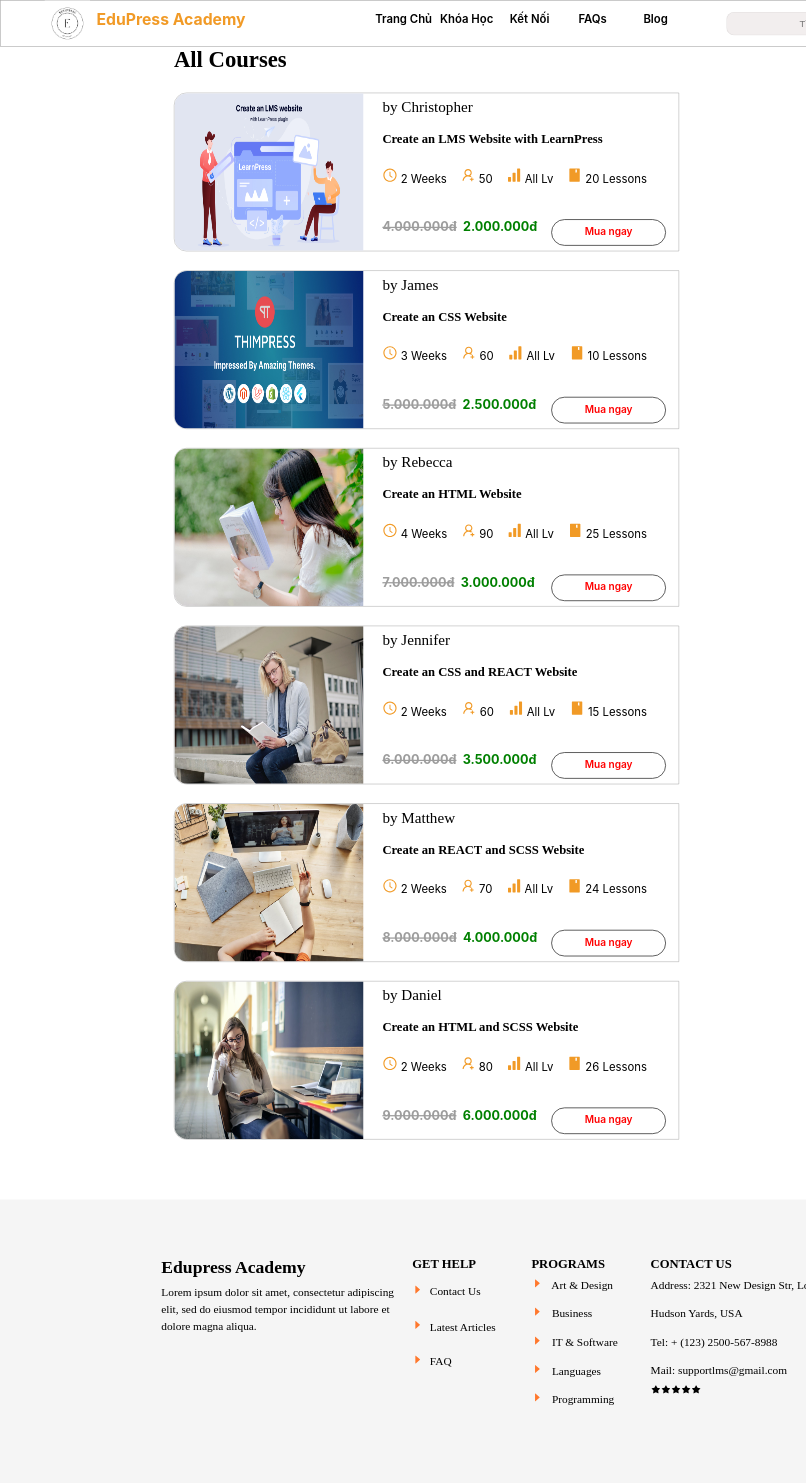
Repository: hieu1802/WebsiteEdupress
Page: /CouresPage (app in my-app/Fontend/)
These files come from the project's save history. The page is drawn as it stood at one moment and after the next save; the edit follows.
The browser window is 1280 px wide. The pictures show the whole page, at 63% of full size.
The page's requests for data from a server got no answer. The project was rebuilt for these pictures with package versions that can differ from the ones it lists, and the page was loaded fresh each time. No one was signed in, and anything a server would have sent is missing. Also part of the build but not shown: my-app/Fontend/src/App.css, my-app/Fontend/src/Components/data/topCategories.jsx, my-app/Fontend/src/Components/HomePage/ContainerPage.jsx, my-app/Fontend/src/Components/HomePage/HomePage.jsx, my-app/Fontend/src/Components/Login/Login.css, my-app/Fontend/src/Components/Modal/Modal.css, my-app/Fontend/src/Components/Modal/Modal.jsx, my-app/Fontend/src/Components/Login/Login.jsx and 40 more.

Above is the page before, as saved 2024-10-20 00:51:25.

### my-app/Fontend/src/App.jsx
import logo from "./logo.svg";
import "./App.css";
import HomePage from "./Components/HomePage/HomePage.jsx";
import { BrowserRouter as Router, Routes, Route } from "react-router-dom";
import Login from "./Components/Login/Login";
import Register from "./Components/Register/Register";
import AdminPage from "./Components/AdminPage/AdminPage";
import LostPass from "./Components/LostPass/LostPass";
import CouresPage from "./Components/CouresPage/CouresPage.jsx";
import BlogPage from "./Components/BlogPage/BlogPage.jsx";
import ProtectedRoute from "./Components/ProtectedRoute.jsx";
import InfoCustomer from "./Components/InfoCustomer/InfoCustomer.jsx";
import CourseDetail from "./Course-detail/Coursedetail.js";
import DeleteAccount from "./Components/DeleteAccount/DeleteAccount.jsx";
import ContactPage from "./Components/ContactPage/ContactPage.jsx";
import FAQs from "./Components/FAQs/FAQs.jsx";

function App() {
  return (
    <>
      <Router>
        <Routes>
          <Route path="/" element={<HomePage />} />
          <Route path="/login" element={<Login />} />
          <Route path="/register" element={<Register />} />
          <Route
            path="/admin"
            element={<ProtectedRoute component={AdminPage} />}
          />
          <Route path="/lostPass" element={<LostPass />} />
          <Route path="/CouresPage" element={<CouresPage />} />
          <Route path="/info-customer" element={<InfoCustomer />} />
          <Route path="/BlogPage" element={<BlogPage />} />
          <Route path="/Coursedetail" element={<CourseDetail />} />
          <Route path="/Coursedetail/:id" element={<CourseDetail />} />
          <Route path="/delete-account" element={<DeleteAccount />} />
          <Route path="/ContactPage" element={<ContactPage />} />
          <Route path="/FAQsPage" element={<FAQs />} />
        </Routes>
      </Router>
    </>
  );
}

export default App;

### my-app/Fontend/src/Components/CouresPage/CouresPage.jsx
import React from 'react'
import Header from '../HomePage/Header'
import Footer from '../HomePage/Footer'
import Container from './Container'

function CouresPage() {
  return (
   <>
      <Header/>
      <Container/>
      <Footer/>
   </>


  )
}

export default CouresPage

### my-app/Fontend/src/Components/HomePage/Header.jsx
import React from "react";
import img01 from "../img/EduPress.png";

import "./HomePage.css";
import { IoIosSearch } from "react-icons/io";
import { Link, useNavigate } from "react-router-dom";
import { useState, useEffect } from "react";
import { topCourses } from "../data/FeaturedCoursesDaa";

function Header({ courses }) {
  const [loggedInUser, setLoggedInUser] = useState(null);
  const [searchQuery, setSearchQuery] = useState("");
  const [searchResults, setSearchResults] = useState([]);

  const navigate = useNavigate();

  useEffect(() => {
    const storedUser = localStorage.getItem("loggedInUser");
    if (storedUser) {
      const user = JSON.parse(storedUser);
      setLoggedInUser(user.username);
    }
  }, []);

  const handleLogout = () => {
    localStorage.removeItem("username");
    localStorage.removeItem("loggedInUser");
    setLoggedInUser(null);
    navigate("/");
  };

  const handleSearch = (e) => {
    const query = e.target.value;
    setSearchQuery(query);
    if (query) {
      const results = topCourses.filter((course) => {
        if (course && course.courseName && course.author) {
          return (
            course.courseName.toLowerCase().includes(query.toLowerCase()) ||
            course.author.toLowerCase().includes(query.toLowerCase())
          );
        }
        return false;
      });
      setSearchResults(results);
    } else {
      setSearchResults([]);
    }
  };

  return (
    <>
      <div className="Header">
        <div className="logoHeader">
          <img src={img01} />
          <h3>EduPress Academy</h3>
        </div>
        <ul>
          <Link to="/" className="liLink">
            <li>Trang Chủ</li>
          </Link>
          <Link to="/CouresPage" className="liLink">
            <li>Khóa Học</li>
          </Link>
          <Link to="/ContactPage" className="liLink">
            <li>Kết Nối</li>
          </Link>
          <Link to="/FAQsPage" className="liLink">
            <li>FAQs</li>
          </Link>
          <Link to="/BlogPage" className="liLink">
            <li>Blog</li>
          </Link>
        </ul>
        <div className="ulInput">
          <input
            placeholder="Tìm Kiếm ..."
            value={searchQuery}
            onChange={handleSearch}
          />
          <div className="btnHeader">
            <IoIosSearch className="btnIcon" />
          </div>
          {searchResults.length > 0 && (
            <div className="searchResults">
              {searchResults.map((course) => (
                <div
                  key={course.id}
                  className="searchResultItem"
                  onClick={() =>
                    navigate(`/Coursedetail/${course.id}`, {
                      state: { course },
                    })
                  }
                >
                  {course.courseName} | {course.author}
                </div>
              ))}
            </div>
          )}
        </div>
        <div className="loginHeader">
          {loggedInUser ? (
            <div className="boxLogin">
              <span>
                Hello <Link to="/info-customer">{loggedInUser}</Link>
              </span>
              <button
                className="btnLogOut"
                onClick={handleLogout}
                style={{
                  marginLeft: "10px",
                  border: "1px solid transparent",
                  fontSize: "16px",
                  fontWeight: "600",
                  backgroundColor: "transparent",
                  cursor: "pointer",
                  color: "#000",
                }}
              >
                Logout
              </button>
            </div>
          ) : (
            <div>
              <Link to="/login">
                <span>Đăng Nhập</span>
              </Link>
              /
              <Link to="/register">
                <span>Đăng ký</span>
              </Link>
            </div>
          )}
        </div>
      </div>
    </>
  );
}

export default Header;

### my-app/Fontend/src/Components/HomePage/Footer.jsx
import React from 'react'
import { AiFillStar,AiFillCaretRight } from "react-icons/ai";

function Footer() {
  return (
    <div className='footerPage'>
        <div className='footerContaier'>
            <div className='footerEdupress'>
                <h2>Edupress Academy</h2>
                <p>Lorem ipsum dolor sit amet, consectetur adipiscing elit, sed do eiusmod tempor incididunt ut labore et dolore magna aliqua.</p>
            </div>
            <div className='footerHelp'>
                <h2>GET HELP</h2>
                <a href='#'><AiFillCaretRight  style={{color:'FF782D', marginRight:'10px'}}/>Contact Us</a>
                <a href='#'><AiFillCaretRight  style={{color:'FF782D', marginRight:'10px'}}/>Latest Articles</a>
                <a href='#'><AiFillCaretRight  style={{color:'FF782D', marginRight:'10px'}}/>FAQ </a>
            </div>
            <div className='footerPrograms'>
                <h2>PROGRAMS</h2>
                <a href='#'><AiFillCaretRight  style={{color:'FF782D', marginRight:'10px'}}/> Art & Design</a>
                <a href='#'><AiFillCaretRight  style={{color:'FF782D', marginRight:'10px'}}/> Business</a>
                <a href='#'><AiFillCaretRight  style={{color:'FF782D', marginRight:'10px'}}/> IT & Software </a>
                <a href='#'><AiFillCaretRight  style={{color:'FF782D', marginRight:'10px'}}/> Languages </a>
                <a href='#'><AiFillCaretRight  style={{color:'FF782D', marginRight:'10px'}}/> Programming </a>
            </div>
            <div className='footerContact'>
                <h2>CONTACT US</h2>
                <p>Address: 2321 New Design Str, Lorem Ipsum10 Hudson Yards, USA</p>
                <p>Tel: + (123) 2500-567-8988<br/>
                Mail: supportlms@gmail.com</p>
                <span><AiFillStar/><AiFillStar/><AiFillStar/><AiFillStar/><AiFillStar/></span>
            </div>
        </div>
    </div>
  )
}

export default Footer

### my-app/Fontend/src/Components/CouresPage/Container.jsx
import React from 'react'
import './Container.css'
import img12 from '../img/img12.png'
import {
    AiFillSignal,
    AiOutlineUserAdd,
    AiOutlineClockCircle,
    AiFillBook
} from "react-icons/ai";
import { topCourses } from "../data/FeaturedCoursesDaa";
import { Link } from 'react-router-dom';


function Container() {

    return (
        <div className='container'>
            <div className='boxProduct'>
                <h2>All Courses</h2>
                {topCourses.map((items) => (
                    <div className='boxContent' id={items.id}>
                        <div className='boxImg'>
                            <img src={items.img} />
                        </div>
                        <div className='boxTexT'>
                            <div className='text'>
                                <h4>by <span>{items.author}</span></h4>
                                <h5>{items.courseName}</h5>
                                <div className='iconsValue'>
                                    <span><AiOutlineClockCircle className='icons' /> {items.time} Weeks</span>
                                    <span><AiOutlineUserAdd className='icons' /> {items.student}</span>
                                    <span><AiFillSignal className='icons' /> All Lv</span>
                                    <span><AiFillBook className='icons' /> {items.lessons} Lessons</span>

                                </div>
                            </div>
                            <div className='boxPrice'>
                                <div className='priceBox'>
                                    <p>{items.price}</p>
                                    <span>{items.sale}</span>
                                </div>
                                <Link to={`/Coursedetail/${items.id}`} state={{ course: items }} className='btnClick'>
                                    <p>Mua ngay</p>
                                </Link>
                            </div>
                        </div>
                    </div>
                ))}

            </div>
        </div>
    )
}

export default Container

### my-app/Fontend/src/Components/BlogPage/BlogPage.css
*{
    margin: 0;
    padding: 0;
}

.blogContainer{
    width: 1175px;
    height: 950px;
    margin-left: 20%;
    display: flex;
    margin-top: 30px;
}

.blogMain{
    width: 900px;
    height: 100%;
}

.blogTitle{
    width: 100%;
    height: 80px;
}

.blogTitle > h1{
    font-family: Exo;
    font-size: 36px;
    font-weight: 600;
    line-height: 43.2px;
    text-align: left;
    color: #000;
}

.blogDetail{
    width: 100%;
    height: 850px;
}

.blogImg{
    width: 100%;
    height: 500px;
}

.blogContent{
    width: 100%;
    height: 250px;
    margin-top: 15px;
    margin-bottom: 15px;
}

.blogContent > p{
    font-family: Jost;
    font-size: 18px;
    font-weight: 400;
    line-height: 27px;
    text-align: left;
}

.blogTag{
    width: 100%;
    height: 40px;
    display: flex;
}

.boxTags{
    width: 100px;
    height: 30px;
    border: 1px solid #000;
    text-align: center;
    padding-top: 5px;
    font-size: 16px;
    font-weight: 500;
    margin-right: 10px;
}

.blogSideBar{
    width: 275px;
    height: 800px;
    border: 1px solid #0000003d;
}

.category{
    width: 90%;
    height: 250px;
    margin-left: 10px;
}

.categoryNav{
    display: flex;
    justify-content: space-between;
    margin-bottom: 10px;
}

.buttonAdd{
   font-size: 18px;
   color: red;
   cursor: pointer;
}

.content{
    width: 900px;
    height: 500px;
    position: absolute;
    background-color: rgba(0, 0, 0, 0.9);
    top: 100px;
    left:auto;
    color: aliceblue;
}

.title{
    margin-left: 50px;
}

.formInput{
    width: 50% !important;
    height: 30px !important;
    margin-left:25px !important ;
    margin-bottom: 30px !important;
}

.textInput{
    width: 50%;
    height: 200px;
    margin-left: 10px;
}

.imgInput{
    margin-left: 15px;
    margin-top: 30px;
    margin-bottom: 30px;
}
.category > h4{
    font-family: Exo;
    font-size: 20px;
    font-weight: 600;
    line-height: 24px;
    text-align: left;
    margin-bottom: 20px;
}

.cateBox{
    width: 100%;
    height: 30px;
    display: flex;
    justify-content: space-between;

}

.boxRecent{
    width: 90%;
    height: 350px;
    margin-left: 10px;
}

.boxRecent > h4{
    font-family: Exo;
    font-size: 20px;
    font-weight: 600;
    line-height: 24px;
    text-align: left;
}

.articles{
    width: 100%;
    height: 90px;
    display: flex;
    margin: 0;
    margin-top: 15px;
    cursor: pointer;
}

.articlesImg{
    width: 40%;
    height: 100%;
}

.articlesImg > img{
    width: 100%;
    height: 100%;
}

.articlesContents{
    width: 60%;
    height: 90px;

}

.articlesContents > p{
    font-family: Jost;
    font-size: 16px;
    font-weight: 500;
    line-height: 24px;
    text-align: left;
    margin-left: 5px;
    margin-top: 5px;
}

.tags{
    width: 90%;
    height: 150px;
    margin-left: 10px;
    margin-top: 10px;
}

.tags > h4{
    font-family: Exo;
    font-size: 20px;
    font-weight: 600;
    line-height: 24px;
    text-align: left;
    margin-bottom: 10px;
}

.hastag{
    width: 100%;
    height: 100px;
    display: grid;
    grid-template-columns: 1fr 1fr;
}

### my-app/Fontend/src/Components/ContactPage/Contact.css
*{
    margin: 0;
    padding: 0;
}

.contactContainer{
    width: 1175px;
    height: 900px;
    margin-left: 20%;
    margin-top: 30px;
}

.contactBox{
    width: 100%;
    height: 450px;
    display: flex;
}

.contactInf{
    width: 400px;
    height: 300px;
}
.contactInf > h1{
    font-family: Exo;
    font-size: 36px;
    font-weight: 600;
    line-height: 43.2px;
    text-align: left;
    color: #000;
}

.info{
    width: 100%;
    height: 200px;
    margin-top: 30px;
}

.info > p{
    font-family: Jost;
    font-size: 18px;
    font-weight: 400;
    line-height: 27px;
    text-align: left;
}

.infoPhone{
    width: 250px;
    height: 50px;
    margin-top: 15px;
    display: flex;
}

.iconsInfo{
    width: 60px;
    height: 50px;
}

.iconsInfo > img{
    width: 100%;
    height: 100%;
}

.textInfo{
    width: 180px;
    height: 50px;
    margin-left: 10px;
    display: flex;
    flex-direction: column;
    justify-content: space-between;
}

.contactMap{
    width: 700px;
    height: 450px;
    margin-left: 30px;
    border-radius: 20px;
}

.contactMap > img{
    width: 100%;
    height: 100%;
    border-radius: 20px;
}

.contactUs{
    width: 100%;
    height: 400px;
    margin-top: 150px;
}

### my-app/Fontend/src/Components/FAQs/FAQs.css
*{
    padding: 0;
    margin: 0;
}

.ContainerFAQs{
    width: 1175px;
    height: 600px;
    margin-left: 20%;
    margin-top: 30px;
}

.ContainerFAQs > p{
    font-size: 16px;
    margin-top: 10px;
    margin-bottom: 10px;

}

.ContainerFAQs > img {
    width: 100%;
    height: 100%;
}

### my-app/Fontend/src/Components/data/FeaturedCoursesDaa.jsx
import img04 from "../img/img04.png";
import img05 from "../img/img05.png";
import img06 from "../img/img06.png";
import img07 from "../img/img07.png";
import img08 from "../img/img08.png";
import img09 from "../img/img09.png";

const topCourses = [
  {
    id: 1,
    img: img04,
    time: '2',
    student: '50',
    price: '4.000.000đ',
    sale: '2.000.000đ',
    lessons: '20',
    author: 'Christopher',
    courseName: 'Create an LMS Website with LearnPress'

  },
  {
    id: 2,
    img: img05,
    time: '3',
    student: '60',
    price: '5.000.000đ',
    sale: '2.500.000đ',
    lessons: '10',
    author: 'James',
    courseName: 'Create an CSS Website '
  },
  {
    id: 3,
    img: img06,
    time: '4',
    student: '90',
    price: '7.000.000đ',
    sale: '3.000.000đ',
    lessons: '25',
    author: 'Rebecca',
    courseName: 'Create an HTML Website '
  },
  {
    id: 4,
    img: img07,
    time: '2',
    student: '60',
    price: '6.000.000đ',
    sale: '3.500.000đ',
    lessons: '15',
    author: 'Jennifer',
    courseName: 'Create an CSS and REACT Website '
  },
  {
    id: 5,
    img: img08,
    time: '2',
    student: '70',
    price: '8.000.000đ',
    sale: '4.000.000đ',
    lessons: '24',
    author: 'Matthew',
    courseName: 'Create an REACT and SCSS Website '
  },
  {
    id: 6,
    img: img09,
    time: '2',
    student: '80',
    price: '9.000.000đ',
    sale: '6.000.000đ',
    lessons: '26',
    author: 'Daniel',
    courseName: 'Create an HTML and SCSS Website '
  },
];

export { topCourses }

### my-app/Fontend/src/Components/CouresPage/Container.css
*{
    margin: 0;
    padding: 0;
}

.container{
    width: 1175px;
    height: 1800px;
    margin-left: 20%;
    display: flex;
}

.boxProduct{
    width: 880px;
    height: 100%;
    padding-left:20px;
}

.boxProduct > h2{
    font-family: Exo;
    font-size: 36px;
    font-weight: 600;
    line-height: 43.2px;
    text-align: left;
}

.boxContent{
    width: 800px;
    height: 250px;
    margin-top: 30px;
    display: flex;
    border-radius: 20px 0 0 20px;
    border: 1px solid #00000048;
}

.boxImg{
    width: 300px;
    height: 100%;
}
.boxImg > img{
    width: 100%;
    height: 100%;
    border-radius: 20px 0 0 20px;
}

.boxTexT{
    width: 500px;
    height: 100%;
}

.text{
    width: 420px;
    height: 150px;
    display: flex;
    margin-left: 30px;
    flex-direction: column;
    justify-content: space-between;
}

.text > h4{
    margin-top: 10px;
    font-family: Jost;
    font-size: 24px;
    font-weight: 400;
    line-height: 24px;
    text-align: left;
}

.text > h5{
    font-family: Exo;
    font-size: 20px;
    font-weight: 600;
    line-height: 24px;
    text-align: left;
}

.iconsValue{
    width: 100%;
    height: 40px;
    display: flex;
    justify-content: space-between;
}

.icons{
    color: rgba(241, 152, 34, 0.979);
    font-size: 24px;
    margin-top: 8px;
}
.iconsValue> span{
    font-size: 18px;
}

.boxPrice{
    width: 100%;
    height: 50px;

    margin-top: 50px;
    display: flex;
    justify-content: space-between;
}

.priceBox{
    width: 280px;
    height: 100%;
    display: flex;
}

.priceBox > p{
    text-decoration: line-through;
    color: var(--Grey, #9D9D9D);
    font-weight: 700;
    margin-right: 10px;
    margin-left: 30px;
    font-size: 20px;
}

.priceBox > span{
    color: green;
    font-weight: 700;
    font-size: 20px;
}

.btnClick{
    width: 180px;
    height: 40px;
    border-radius: 24px;
    border: 1px solid #000;
    cursor: pointer;
    margin-right: 20px;
}

.btnClick > p{
    text-align: center;
    margin-top: 8px;
    font-weight: 600;
    color: red;
}

.btnClick:hover{
    background-color: red;
}

.btnClick > p:hover{
    color: #fff;
}

.boxSearch{
    width: 300px;
    height: 90%;
    background-color: beige;
}

.boxSearch > h2{
    font-family: Exo;
    font-size: 36px;
    font-weight: 600;
    line-height: 43.2px;
    text-align: left;
}

.searchValue{
    width: 100%;
    height: 500px;
    margin-top: 20px;
}

.searchValue > p{
    font-family: Exo;
    font-size: 24px;
    font-weight: 600;
    line-height: 43.2px;
    text-align: left;
    margin-bottom: 30px;
}

### my-app/Fontend/src/Course-detail/RegisterCourse.css
*{
    margin: 0;
    padding: 0;
}



.registration-form {
    position: relative;
    height: fit-content;
    padding: 20px;
    margin-left: 222px;
    display: flex;
    border: 1px solid black;
    width: 600px;
    flex-direction: column;

}

.registration-form label input {
    font-size: 25px;
    margin-left: 13px;
    border: none;
    border-bottom: 1px solid gray;
    width: 50%;
    height: 30px;
}


input:focus {
    outline: none;
}

.registration-form label {
    font-size: 25px;
}

.registration-form h2 {
    text-align: center;
}

.sale-course-price {
    font-size: 25px;
    margin: 15px 0 15px 0;
    width: fit-content;
}

.sale-price-form {
    margin-bottom: 20px;

    display: flex;
    justify-content: start;
}

.original-form-price {
    width: 600px;
    align-items: baseline;
    border-bottom: 3px solid black;
}

.phone-register-course {
    height: 30px;
    margin-top: 8px;
}

.payment-logo {
    display: flex;
    justify-content: space-around;
}

.payment-logo span {
    width: fit-content;
    cursor: pointer;
    border: 1px solid gray;


}

.payment-logo img {
    width: 100px;
    height: 100px;

}

.qr-code {

    width: fit-content;
    height: fit-content;
}

.qr-code img {
    width: 100%;
    height: 100%;
}

.original-priceS{
    text-decoration: line-through;
    color: #999;
    margin-right: 10px;
    font-size: 20px;
    margin-left: 10px;
    font-weight: 600;
}

.all-price > span{
    color: green;
    font-weight: 700;
}

.imgQr{
    width: 400px;
    height: 400px;
    margin-left: 30%;
}

Loaded but not shown: my-app/Fontend/public/index.html (common file); my-app/Fontend/src/index.js (common file); my-app/Fontend/src/index.css (common file); my-app/Fontend/src/reportWebVitals.js (common file); my-app/Fontend/src/Components/HomePage/HomePage.css (871 lines, source omitted)

After the next save:
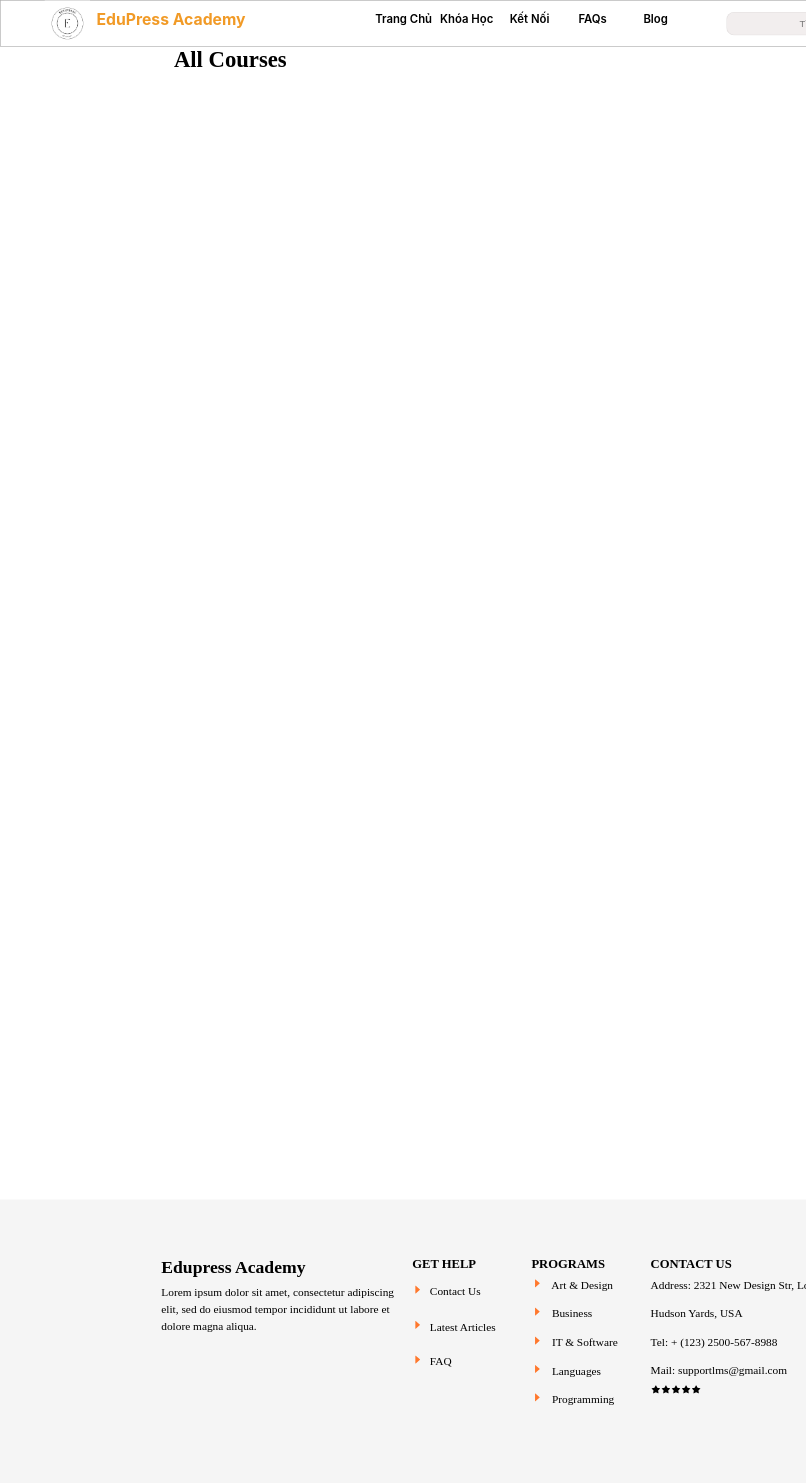
Saved 3 min 46 s later.
--- a/my-app/Fontend/src/Components/CouresPage/Container.jsx
+++ b/my-app/Fontend/src/Components/CouresPage/Container.jsx
@@ -1,6 +1,5 @@
-import React from 'react'
+import React, { useEffect, useState } from 'react';
 import './Container.css'
-import img12 from '../img/img12.png'
 import {
     AiFillSignal,
     AiOutlineUserAdd,
@@ -9,15 +8,27 @@ import {
 } from "react-icons/ai";
 import { topCourses } from "../data/FeaturedCoursesDaa";
 import { Link } from 'react-router-dom';
+import axios from 'axios';
 
 
 function Container() {
+    const [courses, setCourses] = useState([]);
+
+    useEffect(() => {
+        axios.get('http://localhost:8080/api/v1/courses')
+            .then(response => {
+                setCourses(response.data);
+            })
+            .catch(error => {
+                console.error('There was an error fetching the courses!', error);
+            });
+    }, []);
 
     return (
         <div className='container'>
             <div className='boxProduct'>
                 <h2>All Courses</h2>
-                {topCourses.map((items) => (
+                {courses.map((items) => (
                     <div className='boxContent' id={items.id}>
                         <div className='boxImg'>
                             <img src={items.img} />
